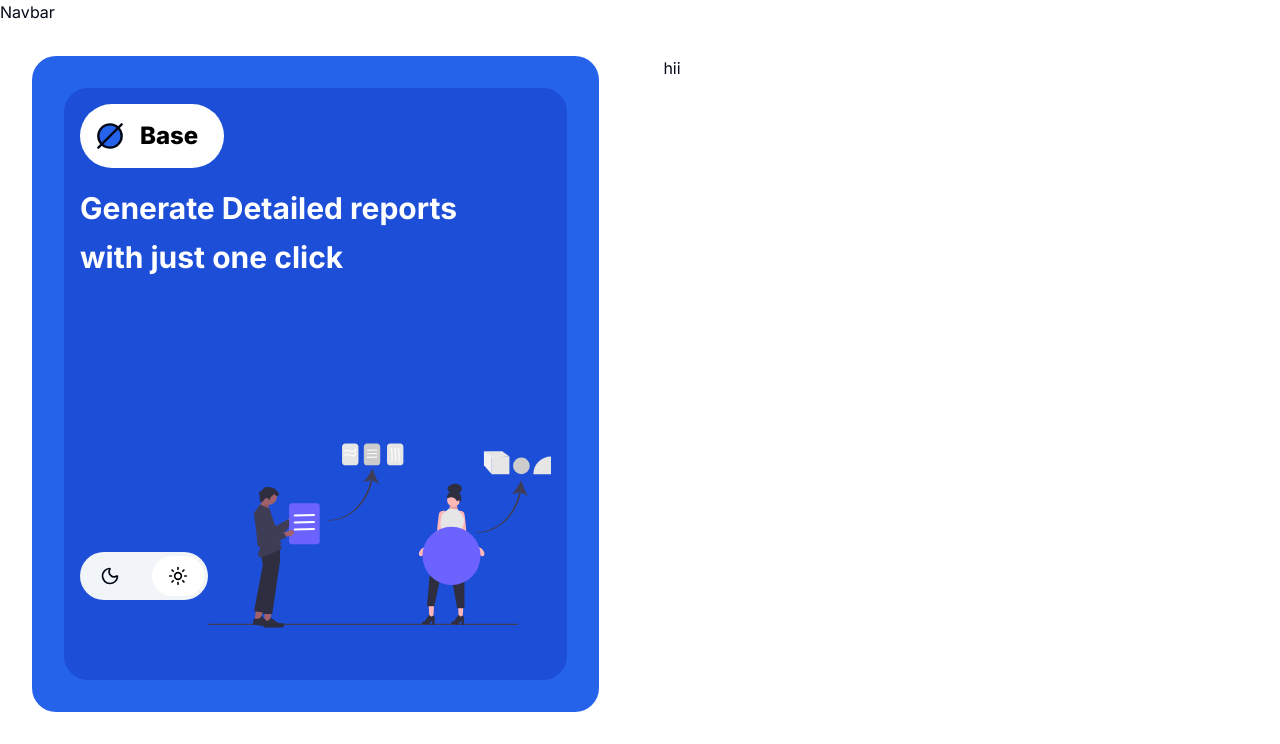
Repository: Hardyy00/openinapp_assignment
Page: /
The author's editor kept a copy of each file at every save. The page is drawn from the files as they stood at one save, then again after the next save.
The browser window is 1280 px wide. The pictures show the whole page.
The project was rebuilt for these pictures with package versions that can differ from the ones it lists, and the page was loaded fresh each time. The framework's server and built-in components were replaced by stand-ins that run in the browser. Also part of the build but not shown: next.config.mjs.

Above is the page before, as saved 2024-08-23 15:52:28.

### app/layout.tsx
import type { Metadata } from "next";
import { Inter } from "next/font/google";
import "./globals.css";
import { ThemeProvider } from "@/components/theme-provider";

const inter = Inter({ subsets: ["latin"] });

export const metadata: Metadata = {
  title: "Create Next App",
  description: "Generated by create next app",
};

export default function RootLayout({
  children,
}: Readonly<{
  children: React.ReactNode;
}>) {
  return (
    <html lang="en">
      <body className={inter.className}>
        <ThemeProvider
          attribute="class"
          defaultTheme="system"
          storageKey="base"
        >
          {children}
        </ThemeProvider>
      </body>
    </html>
  );
}

### app/(auth)/layout.tsx
import { ThemeToggle } from "@/components/theme-toggle";
import { CircleSlash2 } from "lucide-react";
import Image from "next/image";
import { Intro } from "./_components/intro";
import { Navbar } from "./_components/navbar";

export default function Layout({ children }: { children: React.ReactNode }) {
  return (
    <div className="h-full w-full">
      <Navbar />
      <div className="w-full h-full flex flex-col lg:flex-row">
        <Intro />

        <div>{children}</div>
      </div>
    </div>
  );
}

### app/(auth)/page.tsx
export default function Page() {
  return (
    <div className="h-full p-8">
      <div className="">hii</div>
    </div>
  );
}

### app/(auth)/_components/intro.tsx
import { ThemeToggle } from "@/components/theme-toggle";
import { CircleSlash2 } from "lucide-react";
import Image from "next/image";

export const Intro: React.FC = () => {
  return (
    <div className="flex-[0.5] p-8 hidden lg:block">
      <div className="p-8 bg-blue-600 h-full rounded-3xl">
        <div className="p-4 bg-blue-700 h-full rounded-3xl flex flex-col gap-y-4 justify-between">
          <div className="p-4 flex items-center bg-white rounded-full w-[9rem] space-x-4">
            <CircleSlash2 className="stroke-white-600 fill-blue-600 h-7 w-7" />
            <h1 className="text-black font-extrabold text-2xl ">Base</h1>
          </div>

          <div className="w-[80%]">
            <p className="text-3xl font-bold text-wrap leading-relaxed text-white">
              Generate Detailed reports with just one click
            </p>
          </div>

          <div className=" flex h-[24rem]">
            <div className="flex-[0.3] self-end pb-16">
              <ThemeToggle className="w-[8rem]" />
            </div>
            <div className="flex-1 h-[70%] self-end  relative">
              {/* <div className="h-[70%]"> */}
              {/* <div className=" relative h-[70%] "> */}
              <Image src={"/auth.svg"} fill alt="svg" />
              {/* </div> */}
              {/* </div> */}
            </div>
          </div>
        </div>
      </div>
    </div>
  );
};

### app/(auth)/_components/navbar.tsx
export const Navbar: React.FC = () => {
  return <div>Navbar</div>;
};

### components/theme-toggle.tsx
"use client";

import { Moon, Sun } from "lucide-react";
import { useTheme } from "next-themes";
import { Button } from "./ui/button";
import { cn } from "@/lib/utils";
import { useState } from "react";

interface ToggleThemeProps {
  className?: string;
}

export const ThemeToggle: React.FC<ToggleThemeProps> = ({ className = "" }) => {
  const { setTheme } = useTheme();
  const [on, setOn] = useState<String>("sun");

  const handleClick = (type: string) => {
    if (type === "sun") {
      setOn("sun");
      setTheme("light");
    } else {
      setOn("moon");
      setTheme("dark");
    }
  };

  return (
    <div className={cn("w-[10rem] p-1 rounded-full bg-secondary", className)}>
      <div className="flex w-full items-center justify-between">
        <Button
          variant={"ghost"}
          className={cn(
            "p-4 rounded-[4rem] transition-all",
            on === "moon" && "bg-black text-white"
          )}
          onClick={() => handleClick("moon")}
        >
          <Moon className="h-5 w-5" />
        </Button>

        <Button
          variant={"ghost"}
          className={cn(
            "p-4 rounded-[4rem] hover:bg-white hover:text-black transition-all",
            on === "sun" && "bg-white text-black"
          )}
          onClick={() => handleClick("sun")}
        >
          <Sun className="h-5 w-5" />
        </Button>
      </div>
    </div>
  );
};

### components/ui/button.tsx
import * as React from "react";
import { Slot } from "@radix-ui/react-slot";
import { cva, type VariantProps } from "class-variance-authority";

import { cn } from "@/lib/utils";

const buttonVariants = cva(
  "inline-flex items-center justify-center whitespace-nowrap rounded-md text-sm font-medium ring-offset-background transition-colors focus-visible:outline-none focus-visible:ring-2 focus-visible:ring-ring focus-visible:ring-offset-2 disabled:pointer-events-none disabled:opacity-50",
  {
    variants: {
      variant: {
        primary: "bg-blue-600 text-primary-foreground",
        default: "bg-primary text-primary-foreground hover:bg-primary/90",
        destructive:
          "bg-destructive text-destructive-foreground hover:bg-destructive/90",
        outline:
          "border border-input bg-background hover:bg-accent hover:text-accent-foreground",
        secondary:
          "bg-secondary text-secondary-foreground hover:bg-secondary/80",
        ghost: "hover:bg-accent hover:text-accent-foreground",
        link: "text-primary underline-offset-4 hover:underline",
      },
      size: {
        default: "h-10 px-4 py-2",
        sm: "h-9 rounded-md px-3",
        lg: "h-11 rounded-md px-8",
        icon: "h-10 w-10",
      },
    },
    defaultVariants: {
      variant: "default",
      size: "default",
    },
  }
);

export interface ButtonProps
  extends React.ButtonHTMLAttributes<HTMLButtonElement>,
    VariantProps<typeof buttonVariants> {
  asChild?: boolean;
}

const Button = React.forwardRef<HTMLButtonElement, ButtonProps>(
  ({ className, variant, size, asChild = false, ...props }, ref) => {
    const Comp = asChild ? Slot : "button";
    return (
      <Comp
        className={cn(buttonVariants({ variant, size, className }))}
        ref={ref}
        {...props}
      />
    );
  }
);
Button.displayName = "Button";

export { Button, buttonVariants };

Loaded but not shown: app/globals.css (common file); components/theme-provider.tsx (common file); lib/utils.ts (common file); tailwind.config.ts (common file)

After the next save:
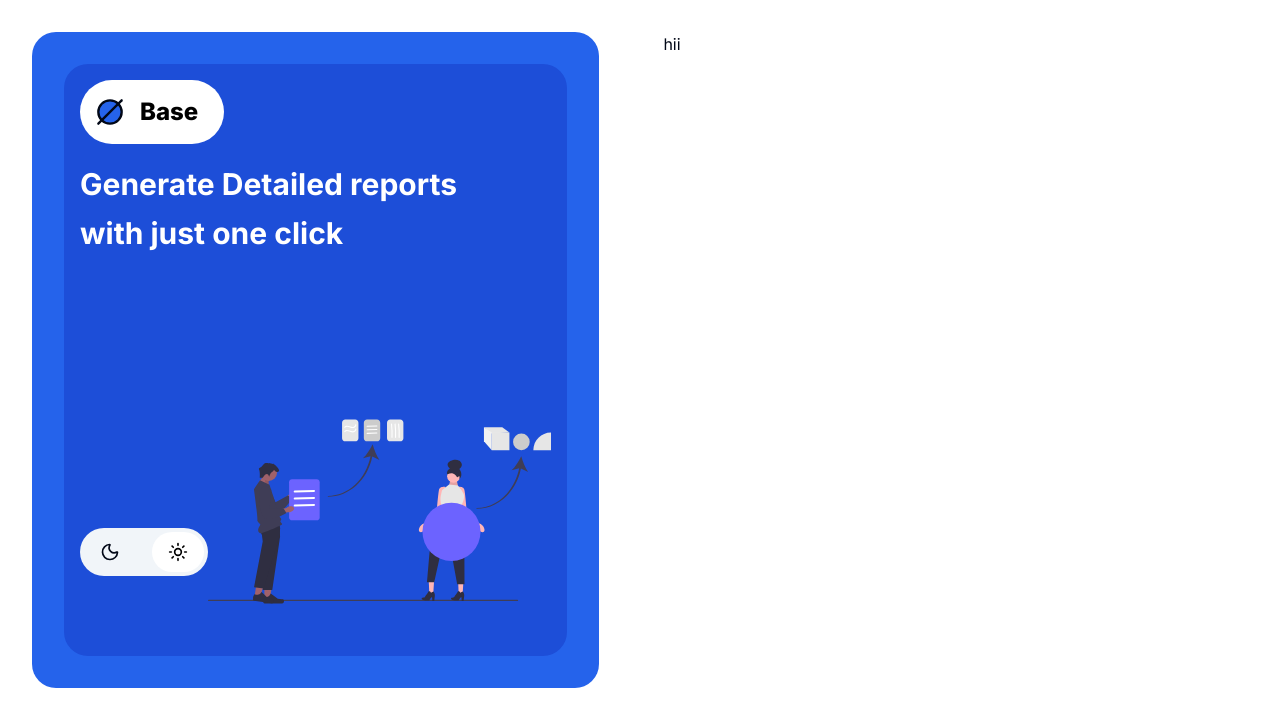
Saved 15 s later.
--- a/app/(auth)/_components/navbar.tsx
+++ b/app/(auth)/_components/navbar.tsx
@@ -1,3 +1,3 @@
 export const Navbar: React.FC = () => {
-  return <div>Navbar</div>;
+  return <div className="hidden">Navbar</div>;
 };
